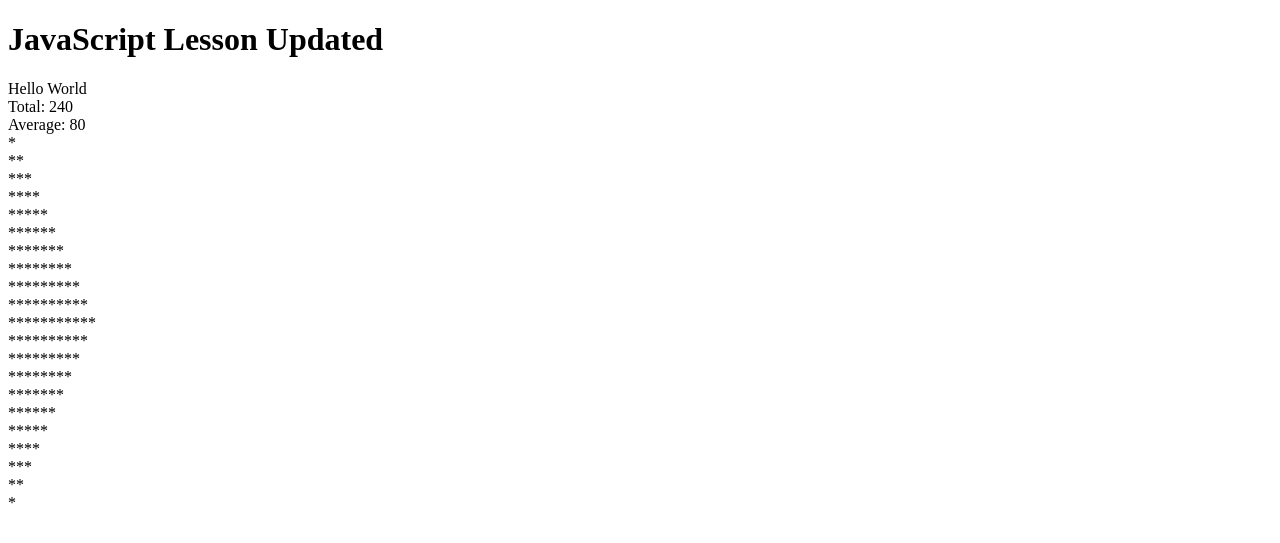
Repository: Haakim19/JavaScript
Page: index2.html
The author's editor kept a copy of each file at every save. The page is drawn from the files as they stood at one save, then again after the next save.
The browser window is 1280 px wide. The pictures show the whole page.

Above is the page before, as saved 2024-11-06 15:36:46.

After the next save:
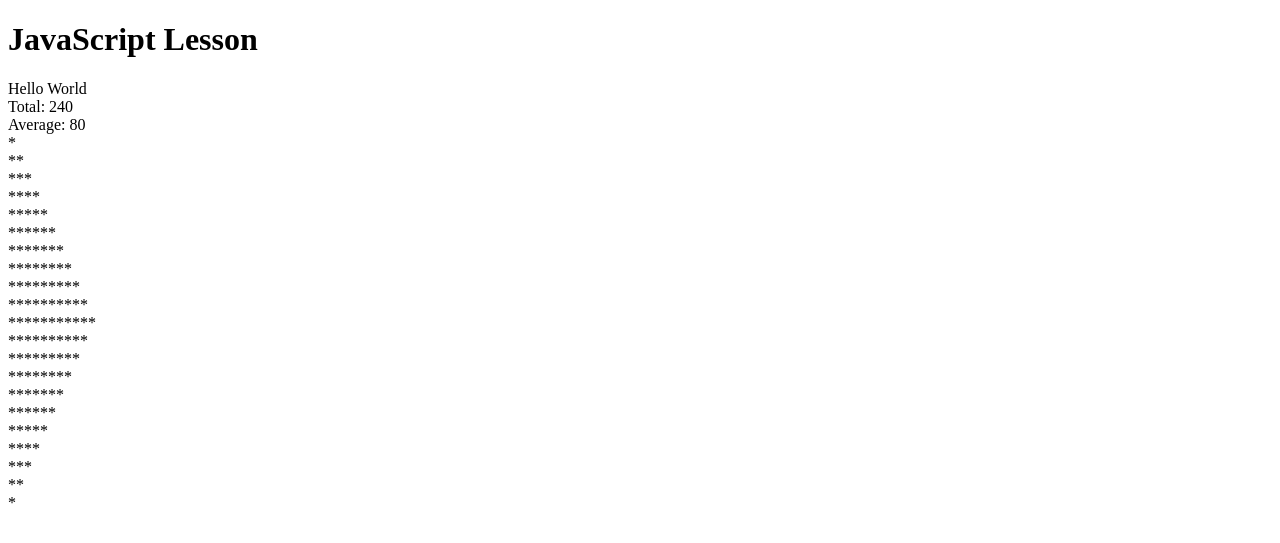
Saved 12 s later.
--- a/index2.html
+++ b/index2.html
@@ -33,7 +33,7 @@
             document.write('<br>');
         }
         // window.alert("Hello World");
-        var test = document.getElementsByTagName('h1')[0].innerHTML = 'JavaScript Lesson Updated';
+        var test = document.getElementsByTagName('h1')[0].innerHTML = 'JavaScript Lesson';
         console.log(test);
     </script>
 </body>

After the save that followed:
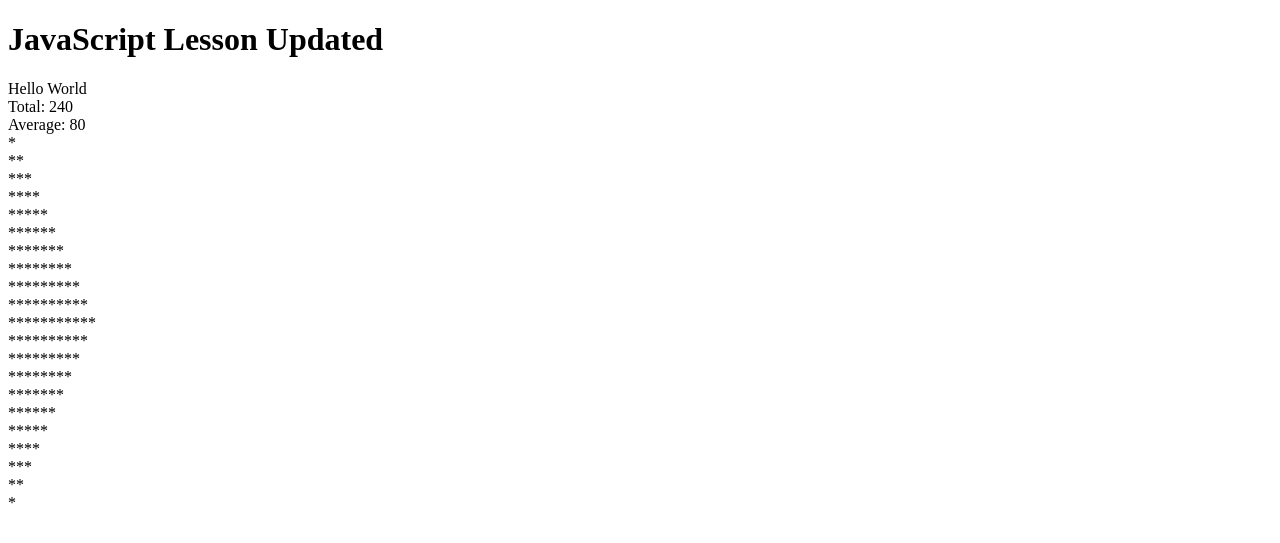
Saved 5 s later.
--- a/index2.html
+++ b/index2.html
@@ -33,7 +33,7 @@
             document.write('<br>');
         }
         // window.alert("Hello World");
-        var test = document.getElementsByTagName('h1')[0].innerHTML = 'JavaScript Lesson';
+        var test = document.getElementsByTagName('h1')[0].innerHTML = 'JavaScript Lesson Updated';
         console.log(test);
     </script>
 </body>
